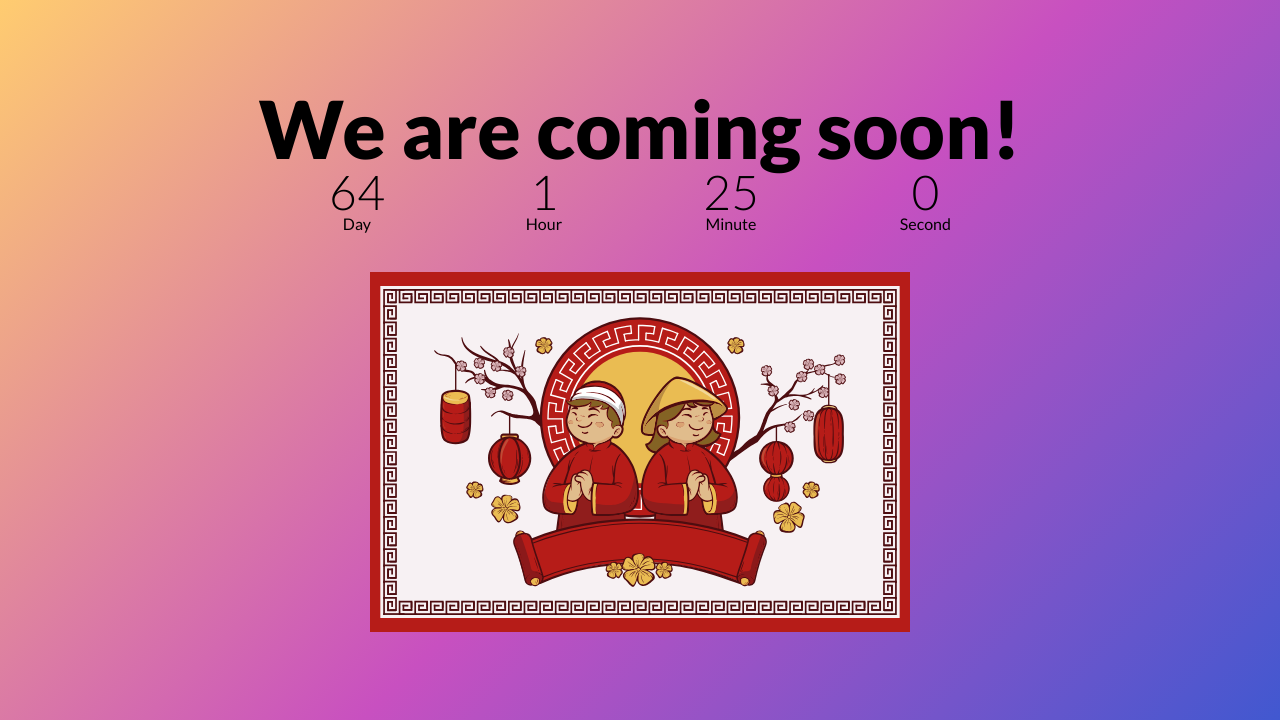
Repository: VuKh4nh/50Days_Por
Page: Day3 - Count_Down/indexl.html
An editor plug-in stored every save of this project. The page is shown before and after the next save, followed by the edit.
The browser window is 1280 px wide. The pictures show the whole page.

Above is the page before, as saved 2023-12-09 01:07:35.

After the next save:
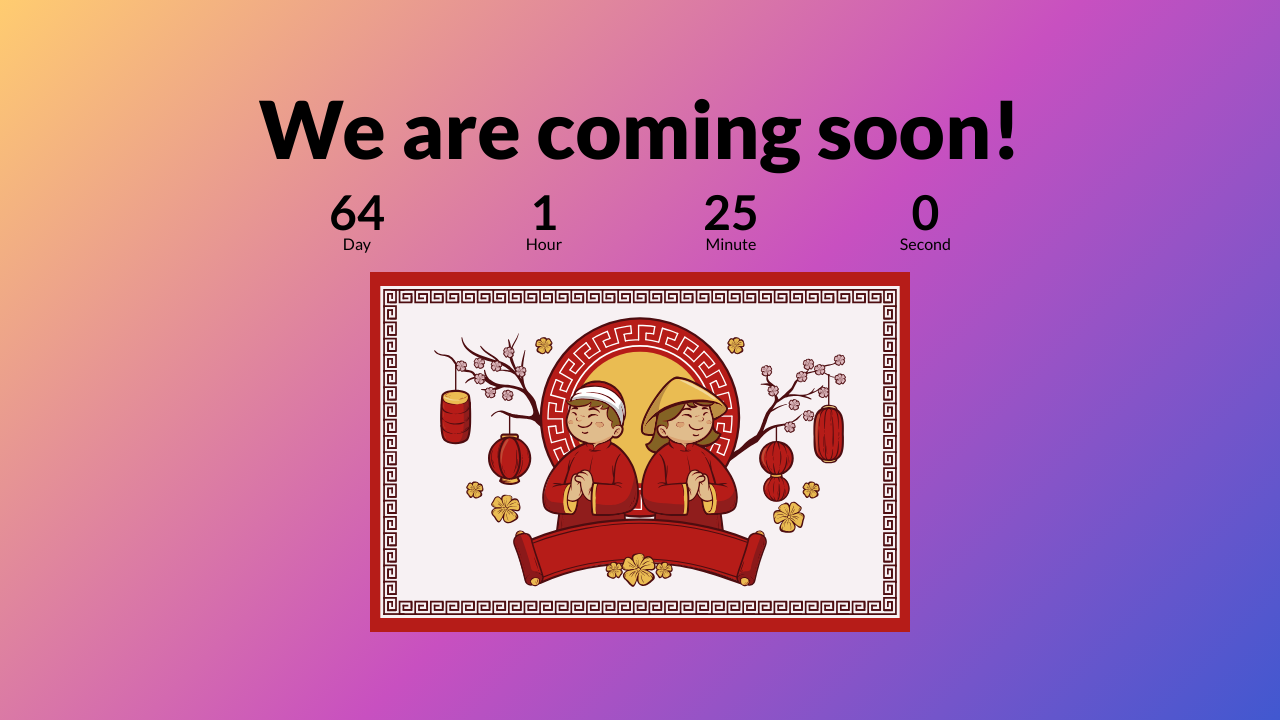
Saved 2 min 37 s later.
--- a/Day3 - Count_Down/assets/css/styles.css
+++ b/Day3 - Count_Down/assets/css/styles.css
@@ -37,15 +37,17 @@ h2 {
 .hour,
 .minute,
 .second {
+    margin-top: 20px;
     font-size: 3rem;
-    font-weight: 300;
+    font-weight: 700;
 }
 
 .countdown .text {
-    font-weight: 700;
+    margin-top: 5px;
+    font-weight: 400;
 }
 /* ====== img ====== */
 .waiting {
-    margin-top: 40px;
+    margin-top: 20px;
     height: 50vh;
 }
